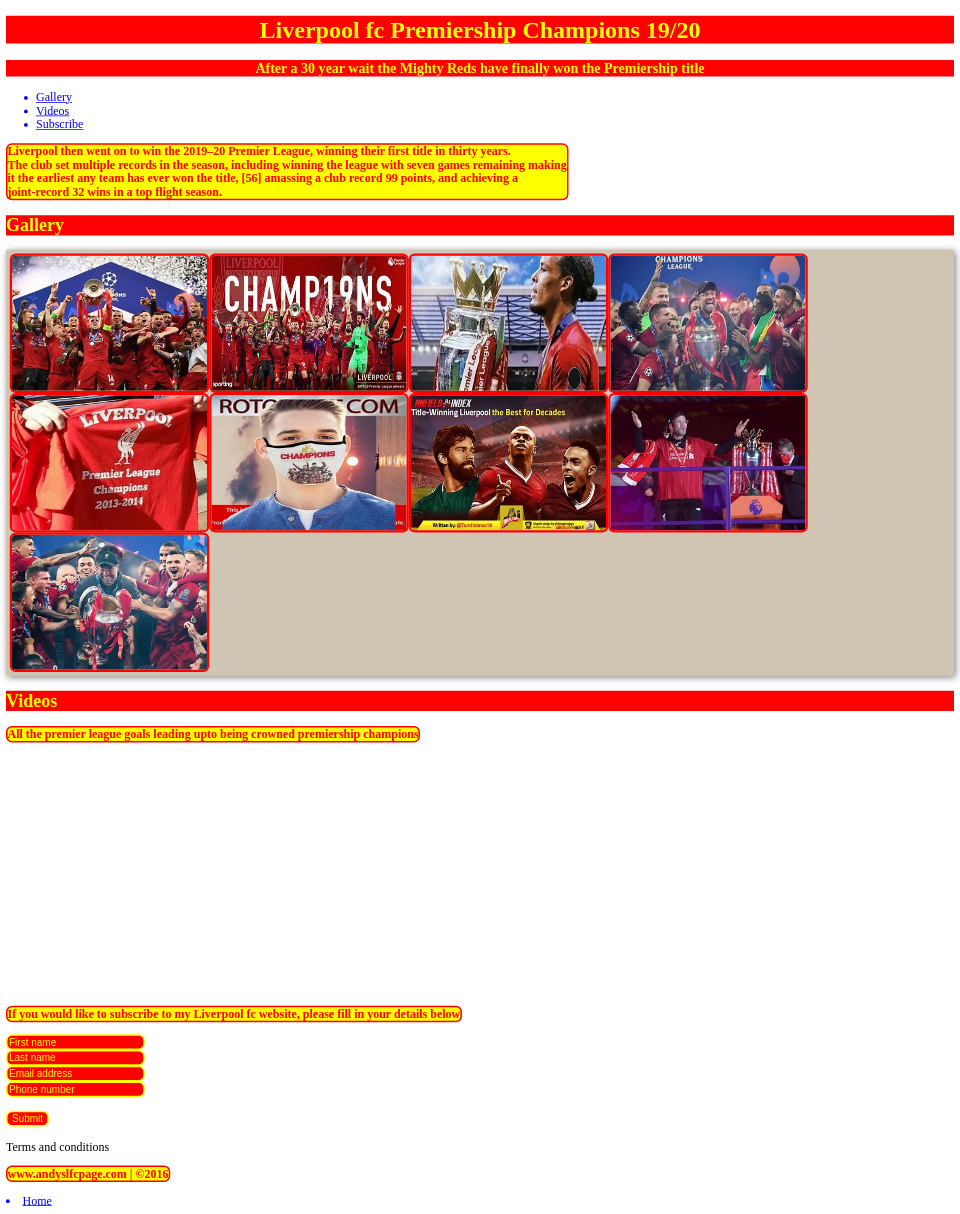
Repository: andyd71/HTML_and_CSS
Page: one_page_website/One_Page_Website.html
An editor plug-in stored every save of this project. The page is shown before and after the next save, followed by the edit.
The browser window is 1280 px wide. The pictures show the whole page, at 75% of full size.
Pictures or frames that could not be fetched are drawn as grey boxes.

Above is the page before, as saved 2020-10-09 13:32:29.

### one_page_website/One_Page_Website.html
<!DOCTYPE html>
<html lang="en">
<head>
<meta charset="utf-8">
<title>My LFC webpage</title>
<link rel = "stylesheet" type = "text/CSS" href = "./css/One_Page_Website.css">
</head>
<body>
<div id="home">
<header>
<h1>Liverpool fc Premiership Champions 19/20 </h1>
<h3>After a 30 year wait the Mighty Reds have finally won the Premiership title</h3>
</header>
<!--NAV-->

</div>
<div>
<ul>
<a href="#gallery"><li>Gallery</li>
<a href="#videos"><li>Videos</li>
<a href="#subscription"><li>Subscribe</li></a>
</ul>
</div>
<!--END NAV-->
<!--HOME-->
<div id="home">
<p>Liverpool then went on to win the 2019–20 Premier League, winning their first title in thirty years.<br>
 The club set multiple records in the season, including winning the league with seven games remaining making<br>
 it the earliest any team has ever won the title, [56] amassing a club record 99 points, and achieving a <br>
 joint-record 32 wins in a top flight season.</p>
 </div>
 <!--END HOME-->
 <!--GALLERY-->
 <h2>Gallery</h2>
 <div id="gallery">
    <div id="flex-container">

 <img src="./images/lfc1.jpeg" alt="lfc celebrations"></img><br>
 <img src="./images/lfc2.jpeg" alt="lfc celebrations2"></img><br>
 <img src="./images/lfc3.jpeg" alt="van dyk and trophy"></img><br>
 <img src="./images/lfc4.jpeg" alt="jurgen klopp"></img><br>
 <img src="./images/lfc5.jpeg" alt="lfc t shirt"></img><br>
 <img src="./images/lfc6.jpeg" alt="lfc face mask"></img><br>
 <img src="./images/lfc7.jpeg" alt="lfc trio"></img><br>
 <img src="./images/lfc8.jpeg" alt="jurgen klopp 2"></img><br>
 <img src="./images/lfc9.jpeg" alt="jurgen klopp 3"></img><br>
</div>
</div>
 <!--END GALLERY-->
 <!--VIDEO-->
 <div id="videos">
 <h2>Videos</h2>
 <p>All the premier league goals leading upto being crowned premiership champions</p>
 <iframe width="560" height="315" src="https://www.bing.com/videos/search?q=lfc+premier+league+champions&&view=detail&mid=1A960A4E3B330AA705841A960A4E3B330AA70584&&FORM=VRDGAR&ru=%2Fvideos%2Fsearch%3Fq%3Dlfc%2Bpremier%2Bleague%2Bchampions%26qs%3DAS%26form%3DQBVLPG%26sp%3D1%26pq%3Dlfc%2Bpremier%26sc%3D8-11%26cvid%3DD1CF79B54EFC4960A0E7F0BA9E0FD3FC" frameborder="0" allow="accelerometer; encrypted-media; gyroscope; picture-in-picture" allowfullscreen></iframe>
 </div>
<!--END VIDEO-->
<!--SUBSCRIPTION-->
<div id="subscription">
<p>If you would like to subscribe to my Liverpool fc website, please fill in your details below</p>

<form action="" method="post">
<input class="subscription" type="text" value="First name"><br>
<input class="subscription" type="text" value="Last name"><br>
<input class="subscription" type="text" value="Email address"><br>
<input class="subscription" type="text" value="Phone number"><br><br>
<input type="submit" value="Submit"><br><br>
<div id= "terms">
<label class="terms">Terms and conditions</label><br>
</div>
</form>
</div>
<!--END SUBSCRIPTION-->

<!--FOOTER-->
<footer>
<div>
<p>www.andyslfcpage.com&nbsp;|&nbsp;&copy;2016</p>


</div>
<a href="#home" id="link"><li>Home</li>
</footer>
<!--END FOOTER-->

### one_page_website/css/One_page_website.css
h1 {
	color : yellow;
	text-align : center;
	font-weight : bold;
	background : red;
}
h3 {
	color : yellow;
	text-align : center;
	background : red;
}
h2 {
	color : yellow;
	background : red;
}
p  {
	color : red;
	background: yellow;
	border: 2px solid red;
	border-radius: 8px;
	font-size: 16px;
	font-weight: 900;
	width: fit-content;
}

 input {
	border: 2px solid yellow;
	background-color: red;
	color: yellow;
	border-radius: 8px;
}





#flex-container {
	display: -webkit-flex;
    display: flex;
    flex-wrap: wrap;
    padding: 5px;
    border-radius: 2px;
	margin: 0px auto;
	background-color: rgba(100, 65, 0, .3);
    box-shadow: 2px 2px 10px 0 rgba(0, 0, 0, 0.5);
}

#flex-container img {
	border: 3px solid red;
	width: 260px;
	height: 180px;
	border-radius: 8px;
}

After the next save:
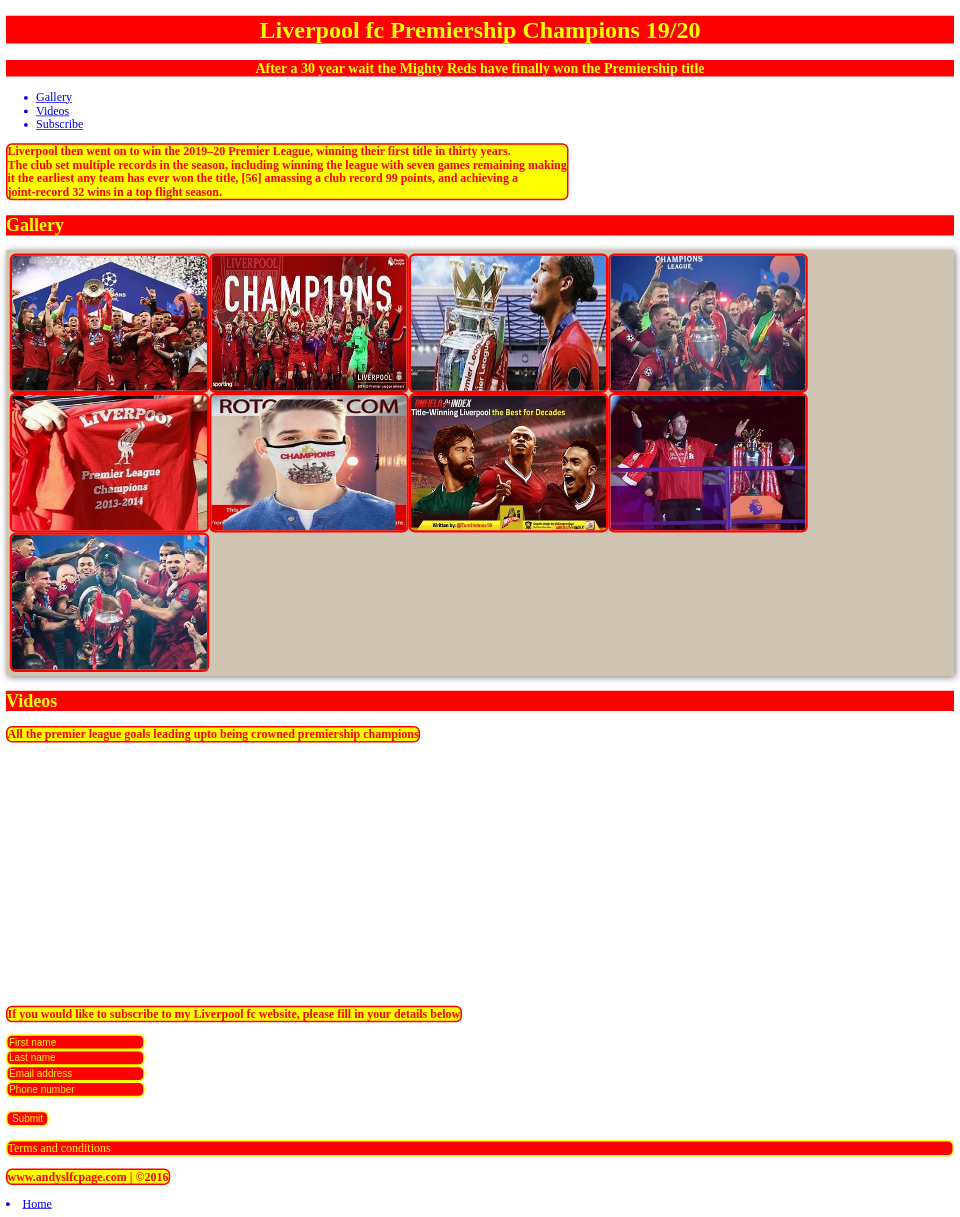
Saved 55 s later.
--- a/one_page_website/css/One_page_website.css
+++ b/one_page_website/css/One_page_website.css
@@ -30,6 +30,14 @@
 	border-radius: 8px;
 }
 
+#terms {
+	border: 2px solid yellow;
+	background-color: red;
+	color: yellow;
+	border-radius: 8px;
+
+}
+
 
 
 
